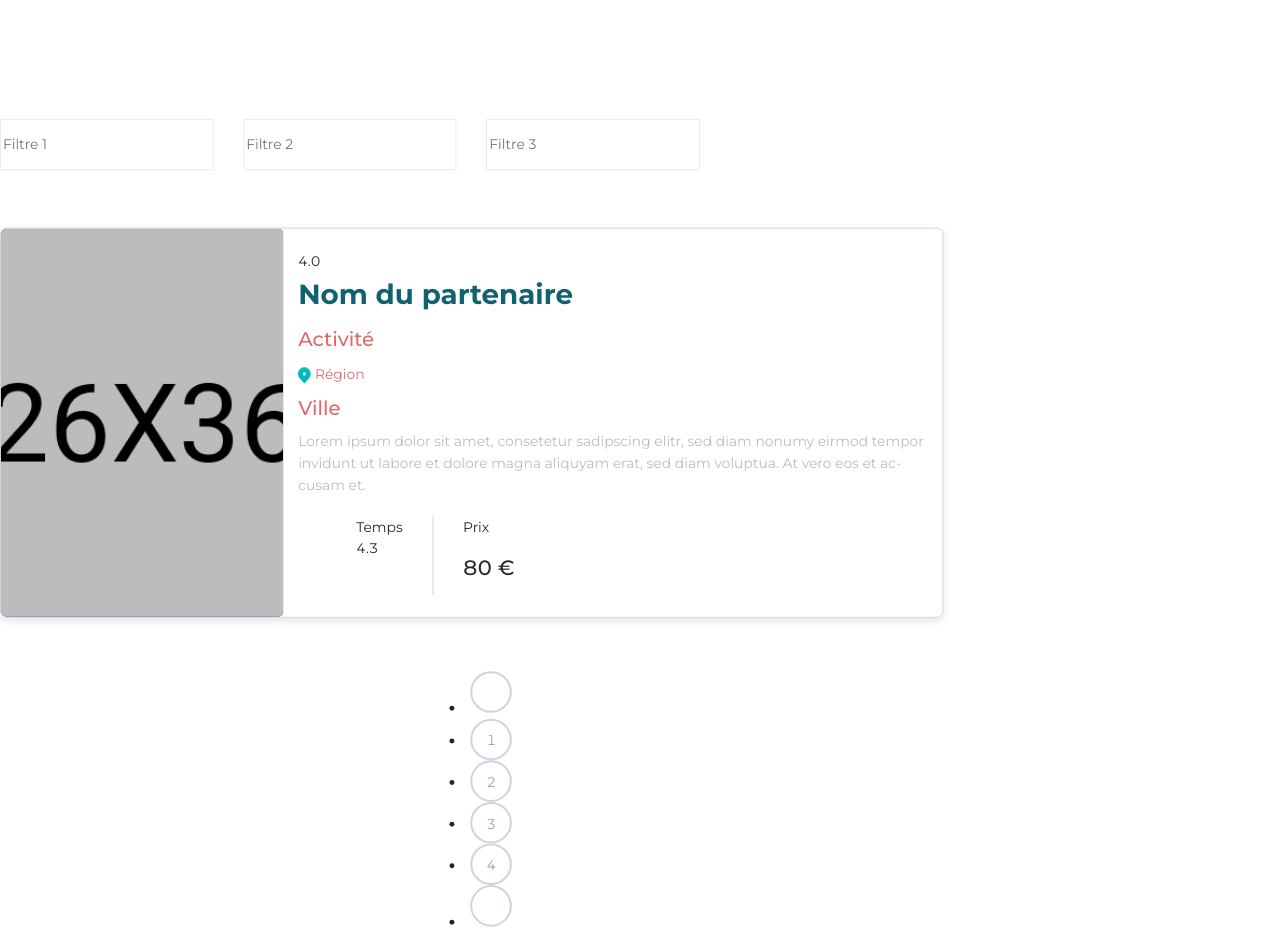
Repository: Emerson1220/projet-neofeel-lacapsule
Page: /roadPlanner (app in reactapp/)
These files come from the project's save history. The page is drawn as it stood at one moment and after the next save; the edit follows.
The browser window is 1280 px wide. The page is 1295 px wide, so the pictures cover 1295 px, including what lies to the right of the window. The pictures show the whole page, at 99% of full size.
The project was rebuilt for these pictures with package versions that can differ from the ones it lists, and the page was loaded fresh each time. Also part of the build but not shown: reactapp/src/components/Nav.js, reactapp/src/components/RedButton.js, reactapp/src/styles/map.css, reactapp/src/components/SearchModal.js, reactapp/src/screens/ScreenHome.js.

Above is the page before, as saved 2021-05-18 15:23:14.

### reactapp/src/App.js
import './App.css';

import ScreenRoadPlanner from './screens/ScreenRoadPlanner';

import { BrowserRouter as Router, Switch, Route } from 'react-router-dom';
import ScreenHome from './screens/ScreenHome';
import SearchModal from './components/SearchModal';
function App() {
  return (



    // <SearchPage></SearchPage>
      <Router>
        <Switch>
          <Route component={ScreenHome} path="/" exact />
          <Route component={ScreenRoadPlanner} path="/roadPlanner"  />
          {/* <Route component={ScreenConnexion} path="/connexion"  />
          <Route component={ScreenSearch} path="/recherche"  />
          <Route component={ScreenInfo} path="/info"  />
          <Route component={ScreenPartner} path="/partenaire"  />
          <Route component={ScreenRoadPlanner} path="/roadPlanner"  />
          <Route component={ScreenTrips} path="/voyages"  />
          <Route component={ScreenProfil} path="/profil"  />
          <Route component={ScreenBasket} path="/panier"  />
          <Route component={ScreenSuggestion} path="/suggestion"  /> */}
          <Route component={SearchModal} path="/searchpage"  />
        </Switch>
      </Router>

  );
}

export default App;

### reactapp/src/App.css
@import '~antd/dist/antd.css';
@import url('https://fonts.googleapis.com/css2?family=Montserrat:ital,wght@0,200;0,300;0,400;0,500;0,600;0,700;1,400;1,600&display=swap');

* {
  font-family: 'Montserrat', sans-serif;
}

.App {
  text-align: center;
}

.App-logo {
  height: 40vmin;
  pointer-events: none;
}

@media (prefers-reduced-motion: no-preference) {
  .App-logo {
    animation: App-logo-spin infinite 20s linear;
  }
}

.App-header {
  background-color: #282c34;
  min-height: 100vh;
  display: flex;
  flex-direction: column;
  align-items: center;
  justify-content: center;
  font-size: calc(10px + 2vmin);
  color: white;
}

.App-link {
  color: #61dafb;
}

@keyframes App-logo-spin {
  from {
    transform: rotate(0deg);
  }
  to {
    transform: rotate(360deg);
  }
}
/* CSS NAVBAR _______________________*/



.h1-montserrat {
  width: auto; /* 366px */
  height: auto; /* 58px */
  overflow: visible;
  white-space: pre;
  letter-spacing: 0px;
  line-height: 1.2;
  color: #106271;
  font-weight: 700;
  font-family: "Inter-Bold", "Inter", sans-serif;
  font-size: 48px;
}

.devenezPartenaireButton{

background-color: #e06868;
overflow: visible;
  white-space: pre;
  letter-spacing: 0px;
line-height: 1.2;
  color: #ffffff;
  font-weight: 700;
  font-family: "Inter-Bold", "Inter", sans-serif;
width: 150px;
height: 50px;
left: 971px;
top: 40px;
border-radius: 5px;
}

.listNav{
  color: #106271;
  margin: 0px 0px;
}

### reactapp/src/screens/ScreenRoadPlanner.js
import React from 'react';
import '../App.css';
import { Button } from 'antd';
import { Link } from 'react-router-dom';
import Nav from '../components/Nav'

function ScreenRoadPlanner() {

    return (	<div style={{ paddingTop:'120px' }}>

                <div style={ styles.container }>

                    <div style={ styles.row }>

                        <div style={ styles.col_xl_9 }>
                            <div style={{ marginBottom:'40px' }}> {/* Filters */}

                                <div style={ styles.row }>
                                    <div style={ styles.col_xl_3 }>
                                        <label style={ styles.single_input_wrap }>
                                            <i style={ styles.icons_la }/>
                                            <input style={ styles.single_input_wrap_input } type="text" placeholder="Filtre 1" />
                                        </label>
                                    </div>

                                    <div style={ styles.col_xl_3 }>
                                        <label style={ styles.single_input_wrap }>
                                            <i style={ styles.icons_la }/>
                                            <input style={ styles.single_input_wrap_input } type="text" placeholder="Filtre 2" />
                                        </label>
                                    </div>

                                    <div style={ styles.col_xl_3 }>
                                        <label style={ styles.single_input_wrap }>
                                            <i style={ styles.icons_la }/>
                                            <input style={ styles.single_input_wrap_input } type="text" placeholder="Filtre 3" />
                                        </label>
                                    </div>
                                </div>
                            </div> {/* End -> ButtonFilters */}

                            <div style={ styles.experiences_list_area }> {/* Container -> Card expérience */}
                                <div style={ styles.single_destinations}> {/* Card expérience */}
                                    <div style={ styles.image_card }>
                                        <img style={ styles.image }src="images/photo-526x360.png" alt="list" />
                                    </div>
                                    <div style={ styles.detail_card }>
                                        <div>
                                            <i style={ styles.icons_fa_1  }/>
                                            <i style={ styles.icons_fa_1 } />
                                            <i style={ styles.icons_fa_1  } />
                                            <i style={ styles.icons_fa_1  } />
                                            <i style={ styles.icons_fa_2  } />
                                            <span>4.0</span>
                                        </div>

                                        <div>
                                            <h3><Link style={ styles.h3 } to="/">Nom du partenaire</Link></h3>
                                            <h3><Link style={ styles.h4 } to="/">Activité</Link></h3>
                                        </div>

                                        <p style={{ color: '#e06868', marginBottom: '8px'}}><img style={{ marginRight: '4px'}} src="images/icone-geo.png" alt="map" />Région</p>
                                        <h4 ><Link style={ styles.h4 }  to="/">Ville</Link></h4>
                                        <p style={ styles.card_content } >Lorem ipsum dolor sit amet, consetetur sadipscing elitr, sed diam nonumy eirmod tempor invidunt ut labore et dolore magna aliquyam erat, sed diam voluptua. At vero eos et accusam et.</p>

                                        <div style={ styles.liste_price }>
                                            <ul style={ styles.liste_price_content, styles.liste_price_li }>
                                                <li><i style={ styles.icons_fa }/> Temps</li>
                                                <li><i style={ styles.icons_fa }/> 4.3</li>
                                            </ul>
                                            <div style={ styles.liste_price_item }>
                                                <p>Prix</p>
                                                <h2>80 <span>€</span></h2>
                                            </div>
                                        </div>
                                    </div>
                                </div> {/* End -> Card expérience */}
                            </div> {/* End -> Container -> Card expérience */}


                            <div style={ styles.text_align_center}> {/* Pagination */}
                                <div style={ Object.assign(styles.display_inline, styles.pagination) }>
                                    <ul>
                                        <li><a style={ styles.pagination_li } href="#"><i    /></a></li>
                                        <li><a style={ styles.pagination_li } href="#">1</a></li>
                                        <li><a style={ styles.pagination_li } href="#">2</a></li>
                                        <li><a style={ styles.pagination_li } href="#">3</a></li>
                                        <li><a style={ styles.pagination_li } href="#">4</a></li>
                                        <li><a style={ styles.pagination_li } href="#"><i /></a></li>
                                    </ul>
                                </div>
                            </div>{/* End -> Pagination */}
                        </div>
                    </div>
                </div>
            </div>
    )
};

let styles = {

    // CSS - ARCHITECTURE//

    container: {
        width: '100%',
        paddingright: '15px',
        paddingleft: '15px',
        marginright: 'auto',
        marginleft: 'auto',
    },

    row:{
        display: 'flex',
        flexWrap: 'wrap',
        marginRight: '-15px',
        marginLeft: '-15px',
    },

    col_xl_9:{
        position: 'relative',
        flex: '0 0 75%',
        // maxWidth: '75%',
        width: '100%',
        minHeight: '1px',
        paddingRight: '15px',
        paddingLeft: '15px',
        },

    col_xl_3:{
        position: 'relative',
        flex: '0 0 25%',
        maxWidth: '25%',
        width: '100%',
        minHeight: '1px',
        paddingRight: '15px',
        paddingLeft: '15px',
        },

    single_input_wrap:{
        position: 'relative',
        width: '100%',
        marginBottom: '18px',
        display: 'inline-block',
    },

    single_input_wrap_input:{
        background: '#ffffff',
        border: '1px solid #EAEAEA',
        height: '52px',
        width: '100%',
    },

    display_inline:{
        display: 'inline-flex',
    },

    text_align_center:{
        textAlign:'center',
    },

    // CSS - ICONS //

    icons_la:{
        display: 'inline-block',
        position: 'absolute',
        top: '17px',
        left: '20px',
        color: '#CFD3DE',
        font: 'normal normal normal 16px/1 LineAwesome',
        fontSize: 'inherit',
        textDecoration: 'inherit',
        textRendering: 'optimizeLegibility',
        textTransform: 'none',
    },

    icons_fa_1:{
        display: 'inline-block',
        font: 'normal normal normal 14px/1 FontAwesome',
        fontSize: 'inherit',
        textRendering: 'auto',
        color: '#f3941e',
    },

    icons_fa_2:{
        display: 'inline-block',
        font: 'normal normal normal 14px/1 FontAwesome',
        fontSize: 'inherit',
        textRendering: 'auto',
        color: '#d4d4d4',
    },

    // CARD - TITLE//

    h3:{
        fontWeight:'bold',
        fontSize: '28px',
        color: '#106271',
        textDecoration: 'none',
    },

    h4:{
        fontSize: '20px',
        color: '#e06868',
        textDecoration: 'none',
    },

    // CARD - CSS //

    experiences_list_area:{
        boxSizing: 'border-box',
        outline: 'none',
    },

    single_destinations:{
        display: 'flex',
        flexWrap: 'wrap',
        margin: '0 0 30px 0',
        border: '1px solid #CFD3DE',
        boxShadow: '0px 3px 9px #071c551f',
        borderRadius: '7px',
        position: 'relative',
        overflow: 'hidden',
    },

    image_card:{
        position: 'relative',
        background: '#106271',
        overflow: 'hidden',
        flex: '0 0 30%',
        backgroundSize: 'cover',
        backgroundRepeat: 'no-repeat',
        backgroundPosition: 'center center',
        minHeight: '200px',
        borderRadius: '5px',
    },

    image:{
        width: '100%',
        height: '100%',
        objectFit: 'cover',
        objectPosition: 'center center',
        borderRadius: '5px',
    },

    detail_card:{
        flex: '0 0 70%',
        padding: '22px 15px',
        background: '#ffffff',
    },

    card_content:{
        marginBottom: '15px',
        color: '#bcbcbc',
        hyphens: 'auto',
    },

    liste_price:{
        marginTop: '20px',
        display: 'flex',
        boxSizing: 'border-box',
        outline: 'none',
    },

    liste_price_li:{
        margin: '0 10px',
        fontSize: '14px',
        listStyle: 'none',
        display: 'inline-block',
    },


    liste_price_content:{
        float: 'left',
        marginTop: '20px',
        margin: '0',
        padding: '0',
        display: 'inline-block',
    },

    icons_fa:{
        display: 'inline-block',
        font: 'normal normal normal 14px/1 FontAwesome',
        fontSize: 'inherit',
        textRendering: 'auto',
        color: '#01B9B7',
        marginRight: '5px',
    },

    liste_price_item:{
        paddingLeft: '30px',
        marginLeft: '20px',
        borderLeft: '1px solid #CFD3DE',
        paddingTop: '0',
    },

    // PAGINATION - CSS //

    pagination:{
        display: 'inline-block',
        textAlign: 'center',
        marginTop: '1.5rem',
    },

    pagination_li:{
        lineHeight: '43px',
        border: '2px solid #CFD3DE',
        borderRadius: '50%',
        textAlign: 'center',
        display: 'inline-block',
        color: '#97A1B3',
        width: '42px',
        height: '42px',
        lineHeight: '40px',
        margin: '0 5px',
    },






    }


export default ScreenRoadPlanner;

Loaded but not shown: reactapp/public/index.html (common file); reactapp/src/index.js (common file); reactapp/src/index.css (common file); reactapp/src/reportWebVitals.js (common file)

After the next save:
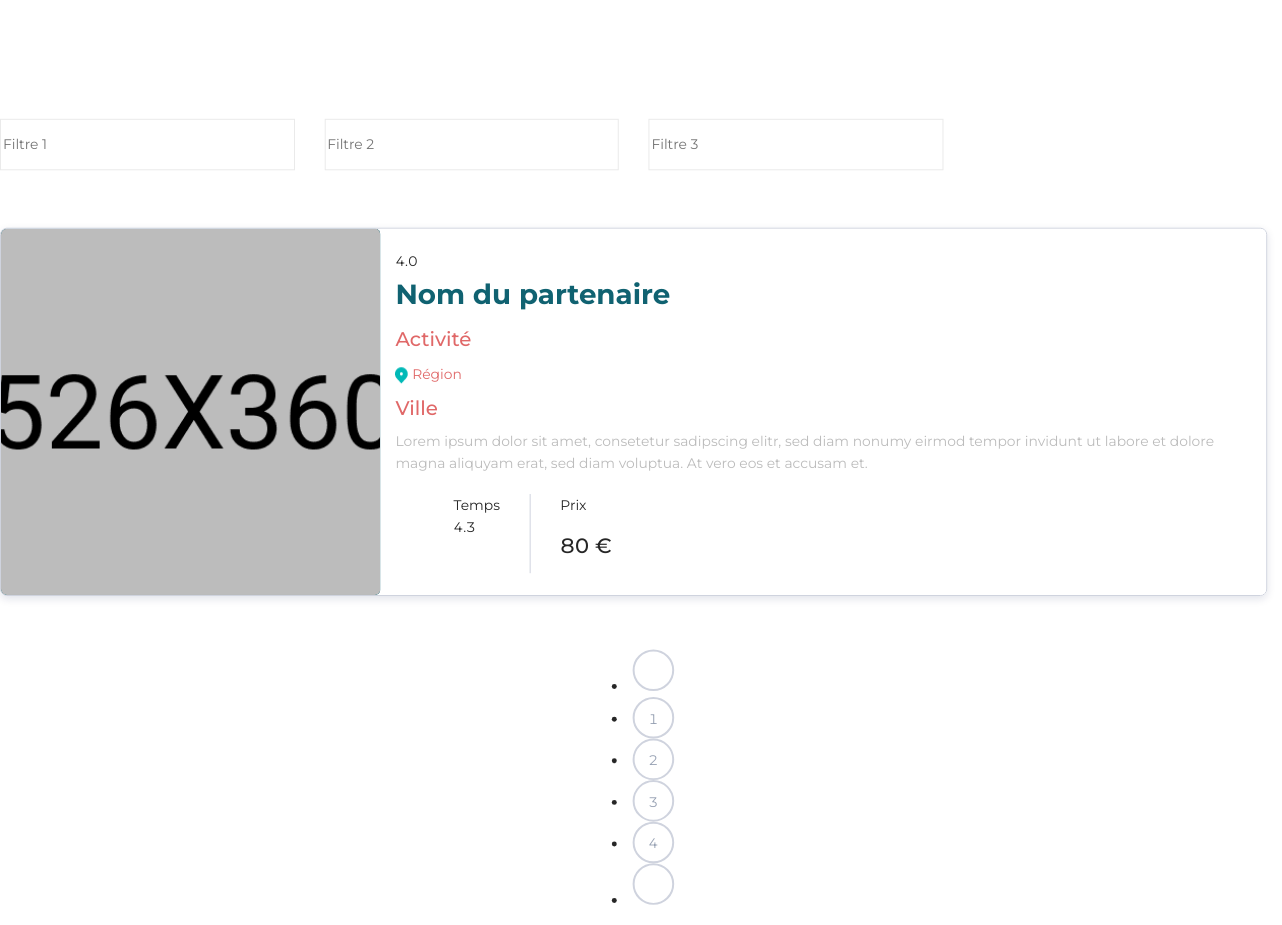
Saved 12 s later.
--- a/reactapp/src/screens/ScreenRoadPlanner.js
+++ b/reactapp/src/screens/ScreenRoadPlanner.js
@@ -118,7 +118,7 @@ let styles = {
 
     col_xl_9:{
         position: 'relative',
-        flex: '0 0 75%',
+        // flex: '0 0 75%',
         // maxWidth: '75%',
         width: '100%',
         minHeight: '1px',
